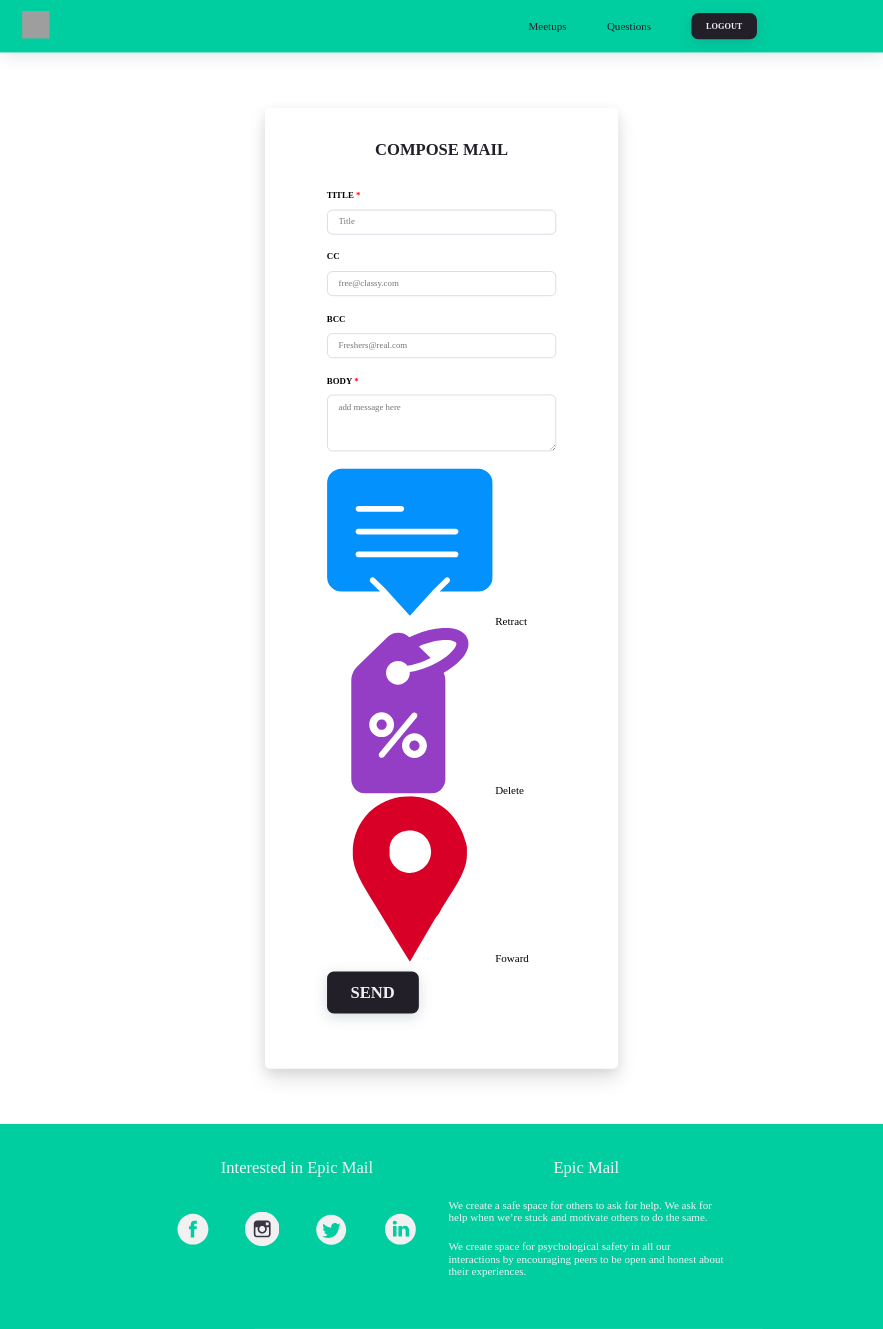
Repository: Gfreedoms/Epic-Mail
Page: pages/individual.html
The author's editor kept a copy of each file at every save. The page is drawn from the files as they stood at one save, then again after the next save.
The browser window is 1280 px wide. The pictures show the whole page, at 69% of full size.
Pictures or frames that could not be fetched are drawn as grey boxes. Some web fonts or font styles are not loaded; a fallback is used.

Above is the page before, as saved 2019-02-27 08:03:16.

### pages/individual.html
<!DOCTYPE html>
<html lang="en">

<head>
	<meta charset="UTF-8">
	<meta name="viewport" content="width=device-width, initial-scale=1.0">
	<meta http-equiv="X-UA-Compatible" content="ie=edge">
	<link rel="apple-touch-icon" sizes="180x180" href="../assets/favicon/apple-touch-icon.png">
	<link rel="icon" type="image/png" sizes="32x32" href="../assets/favicon/favicon-32x32.png">
	<link rel="icon" type="image/png" sizes="16x16" href="../assets/favicon/favicon-16x16.png">
	<link rel="manifest" href="../assets/favicon/site.webmanifest">
	<link rel="mask-icon" href="../assets/favicon/safari-pinned-tab.svg" color="#5bbad5">
	<meta name="msapplication-TileColor" content="#da532c">
	<meta name="theme-color" content="#ffffff">
	<link rel="stylesheet" href="../styles/base.css">
	<link rel="stylesheet" href="../styles/format.css">
	<title> Epic Mail- ANDELA BOOTCAMP</title>
</head>

<body>
	<!-- Navigation Section Starts -->
	<section id="navigation">
		<nav class="navbar">
			<a href="../" id="nav-brand">
				<img src="../assets/imgs/logo.svg" alt="">
			</a>
			<ul class="nav-menu">
				<li class="visibility"><a class="hover-t" href="./login.html">Login</a></li>
				<li><a class="hover-t" href="./meetup.html">Meetups</a></li>
				<li><a class="hover-t" href="./questions.html">Questions</a></li>
				<li><a class="reg-btn box-sh-dark hover-lg" href="../">Logout</a></li>
			</ul>
			<a id="menu" href="">
				<img src="../assets/imgs/menu.svg" alt="">
			</a>
		</nav>
	</section>
	<!-- Navigation Section Ends -->

	<!-- SideBar Nav -->
	<ul id="sidebar" class="navbar-side side-hidden">
		<li><a href="./meetup.html">Meetups</a></li>
		<li><a href="./questions.html">Questions</a></li>
		<li><a class="" href="../">Logout</a></li>
	</ul>
	<!-- End SideBar Nav -->
	<section class="container w-auto">
		<div id="q-wrapper" class="card mauto m4 p3">
			<form action="/" method="POST">
				<div class="container">
					<h3 class="md-text">Compose Mail</h3>
					<div class="m1 input">
						<label class="m1" for="name">Title <span class="is-danger">*</span></label>
						<input class="p1 b-rsm" type="text" name="title" placeholder="Title">
                    </div>

                    <div class="m1 input">
                            <label class="m1" for="name">Cc </label>
                            <input class="p1 b-rsm" type="text" name="title" placeholder="free@classy.com" etc.">
                    </div>

                    <div class="m1 input">
                            <label class="m1" for="name">Bcc </label>
                            <input class="p1 b-rsm" type="text" name="title" placeholder="Freshers@real.com">
                    </div>


					<div class="m1 input">
						<label class="m1" for="name"> Body <span class="is-danger">*</span></label>
						<textarea class="p1 b-rsm" name="description" placeholder="add message here" rows="4" cols="50"></textarea>
                    </div>

                    <div class="q-actions">
							<span>
								<a href="#!"><img src="../assets/imgs/icons/comment.svg" alt=""></a>
								Retract
							</span>
							<span>
								<a href="#!"><img src="../assets/imgs/icons/tag.svg" alt=""></a>
								Delete
							</span>
							<span>
								<a href="#!"><img src="../assets/imgs/icons/pointer.svg" alt=""></a>
								Foward
							</span>

						</div>

					<div class="m2 input">
						<a class="btn sm box-sh-dark" href="./groups.html">Send</a>
					</div>
				</div>
			</form>
		</div>
	</section>

	<footer class="bg-secondary">
		<div class="container">
			<div class="info-about">
				<h3 class="md-text">Interested in Epic Mail</h3>
				<div class="social-links">
					<a href="#!"><img src="../assets/imgs/icons/facebook.svg" alt=""></a>
					<a href="#!"><img src="../assets/imgs/icons/instagram.svg" alt=""></a>
					<a href="#!"><img src="../assets/imgs/icons/twitter.svg" alt=""></a>
					<a href="#!"><img src="../assets/imgs/icons/linkedin.svg" alt=""></a>
				</div>
			</div>
			<div class="additional-info">
				<h3 class="md-text">Epic Mail</h3>
				<p class="sm-text">
					We create a safe space for others to ask for help.
					We ask for help when we’re stuck and motivate others to do the same.
				</p>
				<p class="sm-text">
					We create space for psychological safety in all our interactions by encouraging peers to be open and honest about
					their experiences.
				</p>
			</div>
		</div>
	</footer>
	<script src="../scripts/index.js"></script>
</body>

</html>

### styles/base.css
@import url('./fonts.css');

* {
	margin: 0;
	padding: 0;
	box-sizing: border-box;
}

a {
	color: #221F28;
	text-decoration: none;
}

#navigation {
	z-index: 1;
	background: #00cea0;
	/* background: #F1F1F2; */
	width: 100%;
	height: auto;
	padding: 1rem 2rem;
	box-shadow: 0 0 30px rgba(7, 51, 84, .17);
	-webkit-box-shadow: 0 0 30px rgba(7, 51, 84, .17);
	-moz-box-shadow: 0 0 30px rgba(7, 51, 84, .17);
}

#nav-brand img {
    height: 40px;
    width: 40px;
}

.navbar {
	display: grid;
	grid-template-columns: 20% 40%;
	grid-gap: 30%;
	align-items: center;
}

.navbar-side {
	height: 100%;
	background: #F1F1F2;
	position: absolute;
	z-index: 9999;
	width: 350px;
	/* box-shadow: 9px -1px 29px 1px; */
	box-shadow: 13px 0px 22px -10px rgba(35, 31, 41, 0.44);
	padding: 20px;
	list-style-type: none;
}

.navbar-side li {
	padding: 20px 10px;
}

.navbar-side li:hover {
	background: #221F28;
	color: #F1F1F2;
}

.navbar-side li:hover>a {
	color: #F1F1F2;
}

.navbar-side a {
	font-family: 'Circular-Book';
}

.navbar-side a:hover {
	color: #F1F1F2;
}

.side-hidden {
	margin-left: -390px;
	transition: all 0.3s ease-out;
}

.side-active {
	margin-left: 0px;
	transition: all 0.3s ease-in;
}

.nav-menu {
	list-style-type: none;
	display: flex;
	align-items: center;
}

.nav-menu li {
	justify-content: center;
	flex: auto;
	display: flex;
}

.nav-menu a {
	text-decoration: none;
}

.reg-btn {
	background: #221F28;
	color: #F1F1F2;
	padding: 0.8rem 1.2rem;
	line-height: 9px;
	font-weight: 600;
	text-transform: uppercase;
	font-size: 12px;
	border-radius: 10px;
	-webkit-border-radius: 10px;
	-moz-border-radius: 10px;
	display: block;
	transition: all .5s ease;
	-webkit-transition: all .5s ease;
	-moz-transition: all .5s ease;
	border: 2px solid #221F28;
}

.btn {
	background: #221F28;
	color: #F1F1F2;
	padding: 1.5rem 1rem;
	line-height: 9px;
	font-weight: 600;
	text-transform: uppercase;
	font-size: 1.5rem;
	border-radius: 10px;
	-webkit-border-radius: 10px;
	-moz-border-radius: 10px;
	display: block;
	transition: all .5s ease;
	-webkit-transition: all .5s ease;
	-moz-transition: all .5s ease;
	border: 2px solid #221F28;
	text-align: center;
}

.cta-btn {
	background: #F1F1F2;
	color: #221F28;
	font-family: 'Circular-Bold';
	margin: 2rem 0;
	padding: 0.8rem 1.2rem;
	line-height: 2rem;
	font-size: 2rem;
	font-weight: 600;
	text-transform: uppercase;
	font-size: 1rem;
	border-radius: 10px;
	-webkit-border-radius: 10px;
	-moz-border-radius: 10px;
	transition: all .5s ease;
	-webkit-transition: all .5s ease;
	-moz-transition: all .5s ease;
	border: 2px solid #F1F1F2;
}

.btn.sm {
	width: 40%
}

.box-sh-dark {
	-webkit-box-shadow: 0 5px 20px rgba(51, 73, 90, .2);
	box-shadow: 0 5px 20px rgba(51, 73, 90, .2);
}

#section-hero {
	padding-top: 130px;
	padding-bottom: 130px;
	background-color: #393541;
	background-image: url("data:[embedded picture, 478 characters]");
	background-attachment: fixed;
	background-size: cover;
	background-repeat: no-repeat;
	background-position: 50%;
	min-height: 600px;
	position: relative;
	width: 100%;
	display: flex;
	align-items: CENTER;
}

/* @media screen and (max-width:1680px) {} */

@media screen and (min-width: 1680px) {
	.rsvp span {
		padding: 1rem 1.4rem !important;
		color: white !important;
		border-radius: 6px !important;
		cursor: pointer !important;
	}

	.nav-menu a.hover-t {
		font-size: 1.7rem !important;
	}

	.meetups span {
		font-size: 1.4rem !important;
	}

	.m1 {
		margin-top: 3rem !important;
		margin-bottom: 0.6rem !important;
	}

	#section-hero {
		background-position: 50%;
	}

	.nav-menu a.hover-t {
		font-size: 1.3rem;
	}

	.nav-menu a {
		text-decoration: none;
		font-size: 1.1rem;
	}

	.reg-btn {
		padding: 1.5rem 1.6rem 1.5rem;
	}

	.bg-text {
		font-size: 4rem !important;
	}

	.md-text {
		font-size: 2.2rem !important;
		margin-bottom: 1rem !important;
	}

	.sm-text {
		font-size: 1.5rem !important;
	}
}

.container {
	width: 75%;
	margin: 0 auto;
}

.w-sm {
	width: 80% !important;
}

.w-md {
	width: 60% !important;
}

.w-lg {
	width: 40% !important;
}

.hero-text {
	height: 100%;
}

.bg-text,
.md-text,
.sm-text {
	color: #F1F1F2;
}

.bg-text {
	margin-bottom: 1.5rem;
	font-family: 'Circular-Bold';
	font-weight: 700;
	font-size: 3rem;
}

.md-text {
	margin-bottom: 2rem;
	font-family: 'Circular-Book';
	font-weight: 400;
	font-size: 1.5rem;
}

.sm-text {
	margin-bottom: 1.5rem;
	font-family: 'Circular-Light';
	font-weight: 400;
	font-size: 1rem;
}

.info-section,
.info-platform,
.info-expl {
	padding: 3rem 0;
	min-height: 50%;
}

.info-section,
.info-expl {
	background: #F1F1F2;
}

.info-platform {
	background: #C5CFD9;
}

.info-section .container,
.info-platform .container,
.info-expl .container {
	display: grid;
	grid-template-columns: 1fr 1fr;
	/* padding: 50px; */
}

.side {
	margin-top: 2rem;
	margin-bottom: 2rem;
	position: relative;
}

.info-section p,
.info-section h3,
.info-platform p,
.info-platform h3,
.info-expl p,
.info-expl h3 {
	color: #221F28;
}

.bg-primary {
	background: #221F28;
}

.bg-secondary {
	background: #00cea0;
}

.info-desc {
	flex: 1;
	align-items: center;
	display: flex;
	flex-direction: column;
	justify-content: center;
}

.info-action {
	text-align: center;
}

.card {
	border-radius: .45rem;
	background: #ffffff;
	box-shadow: 0 15px 30px 0 rgba(0, 0, 0, .11), 0 5px 15px 0 rgba(0, 0, 0, .08);
}

.card-lg {
	border-radius: .25rem;
	background: #ffffff;
	box-shadow: 0 15px 30px 0 rgba(0, 0, 0, .11), 0 5px 15px 0 rgba(0, 0, 0, .08);
}

.mauto {
	margin-left: auto;
	margin-right: auto;
}

.m4 {
	margin-top: 5rem;
	margin-bottom: 5rem;
}

.m3 {
	margin-top: 3rem;
	margin-bottom: 3rem;
}

.m2 {
	margin-top: 2rem;
	margin-bottom: 2rem;
}

.m1 {
	margin-top: 0.6rem;
	margin-bottom: 0.6rem;
}

.p4 {
	padding-top: 5rem;
	padding-bottom: 5rem;
}

.p3 {
	padding-top: 3rem;
	padding-bottom: 3rem;
}

.p2 {
	padding-top: 2rem;
	padding-bottom: 2rem;
}

.p1 {
	padding-top: 0.6rem;
	padding-bottom: 0.6rem;
}

.t-al {
	text-align: center !important;
}

form label {
	font-weight: 600;
	text-transform: uppercase;
	font-size: 0.8rem;
	font-family: 'Circular-Book';
}

form .reg-btn {
	text-align: center;
}

#login-form {
	width: 350px;
}

#login-form h3,
#q-wrapper h3 {
	color: #221F28;
	text-transform: uppercase;
	font-weight: 800;
	text-align: center;
	/* border-bottom: 4px solid #221F28; */
}

.input {
	display: grid;
	grid-template-columns: 1fr;
	margin-top: 10px;
}

.input input {
	padding-left: 1rem;
	padding-right: 1rem;
	font-family: 'Circular-Light';
	font-size: 0.8rem;
	border: 1px solid #C5CFD9;
	background: #ffffff;
}

.input textarea {
	padding-left: 1rem;
	padding-right: 1rem;
	font-family: 'Circular-Light';
	font-size: 0.8rem;
	border: 1px solid #C5CFD9;
	background: #ffffff;
}

.input select {
	border: 1px solid #C5CFD9;
	padding: 0.4rem 0.5rem;
	height: 2rem;
}

.b-rsm {
	border-radius: 8px;
}

#menu {
	display: none;
}

#menu img {
	height: 30px;
}

img {
	height: 15rem;
	width: auto;
}

footer {
	padding: 50px 10px;
}

footer .container {
	display: grid;
	grid-template-columns: 1fr 1fr;
	/* margin-bottom: 50px; */
	grid-gap: 20px;
}

footer h3 {
	/* padding-bottom: 1rem; */
	/* border-bottom: 4px solid #F1F1F2; */
	text-align: center;
}

.social-links {
	display: grid;
	grid-template-columns: 1fr 1fr 1fr 1fr;
	margin-top: 50px;
}

.social-links img {
	height: 50px;
}

.social-links a {
	text-align: center;
}

.info-about h3 {
	margin-bottom: 0 !important;
}

.b-danger {
	background: #F01D43 !important;
}

.b-mild {
	background: #80808094 !important;
	color: #ffffff !important;
}

.b-success {
	background: #00cea0 !important;
}

.b-wicked {
	background: #ff003b !important;
}

/*
.b-wicked {
	background: #6a1b9a !important;
} */

.header {
	display: grid;
	grid-template-columns: 1fr 1fr;
	align-items: center;
}

.hover-t:hover {
	color: purple;
}

.hover-lg:hover {
	cursor: pointer;
	transform: scale(1.009, 1.009);
	-webkit-box-shadow: 2px 2px 20px 0px rgba(128, 128, 128, 0.74);
	-moz-box-shadow: 2px 2px 20px 0px rgba(128, 128, 128, 0.74);
	box-shadow: 2px 2px 20px 0px rgba(128, 128, 128, 0.74);
	transition: all 0.8s cubic-bezier(0.165, 0.84, 0.44, 1);
}

.visibility {
	visibility: hidden;
}

/* MEDIA QUERIES */
@media all and (max-width: 850px) {
	.navbar {
		grid-template-columns: 20% 60%;
		grid-gap: 20%;
	}
}

@media all and (max-width: 850px) {
	.nav-menu {
		display: none;
	}

	#menu {
		display: block;
		text-align: right;
	}
}

@media all and (max-width: 1050px) {
	.navbar {
		grid-template-columns: 20% 60%;
		grid-gap: 20%;
	}
}

@media all and (max-width: 350px) {
	img {
		height: 12rem;
		width: auto;
	}

	.social-links img {
		height: 40px;
	}
}

@media all and (max-width: 670px) {
	.social-links {
		margin-top: 25px;
	}

	.info-about {
		margin-bottom: 25px;
	}

	.nav-menu {
		flex-wrap: wrap;
	}

	.nav-menu>li {
		flex-basis: 50%;
	}

	.info-section .container,
	.info-platform .container,
	.info-expl .container {
		grid-template-columns: 1fr;
	}

	footer .container {
		grid-template-columns: 1fr;
		grid-gap: 10px;
	}
}

@media all and (max-width: 400px) {
	.nav-menu>li {
		flex-basis: 100%;
	}

	.intro a {
		width: 100% !important;
	}

	.btn {
		background: #221F28;
		color: #F1F1F2;
		padding: 0.8rem 1rem;
		line-height: 9px;
		font-weight: 600;
		text-transform: uppercase;
		font-size: 1rem;
		border-radius: 10px;
	}
}

@media all and (min-width: 576px) {
	.hide-lg {
		display: none !important;
	}
}

@media all and (max-width: 576px) {
	.hide-sm {
		display: none !important;
	}
}

@media all and (max-width: 450px) {
	.container {
		width: 80%;
	}

	#login-form {
		width: auto;
	}
}

@media all and (max-width: 400px) {
	.hero-text {
		top: 40%;
		width: 70%;
		left: 10%;
	}

	.md-text {
		font-family: 'Circular-Book';
		margin-bottom: 1rem;
		font-weight: 100;
		font-size: 1.2rem;
	}

	form label {
		font-family: 'Circular-Light';
	}

	.f-bold {
		font-family: 'Circular-Book' !important;
	}

	.bg-text {
		margin-bottom: 1.3rem;
		font-family: 'Circular-Book';
		font-weight: 400;
		font-size: 2rem;
	}

	.cta-btn {
		font-size: 0.7rem;
		padding: 0.4rem 1rem;
	}
}

@media (min-width: 576px) {
	.w-auto {
		width: 75% !important;
	}

	.container {
		width: 85%;
	}
}

@media (min-width: 768px) {
	.w-auto {
		width: 40% !important;
	}

	.container {
		width: 85%;
	}
}

@media (min-width: 992px) {
	.w-auto {
		width: 35% !important;
	}

	.container {
		width: 70%;
	}
}

@media (min-width: 1200px) {
	.w-auto {
		width: 40% !important;
	}

	.container {
		width: 65%;
	}
}

/* END MEDIA QUERIES */

### styles/format.css
.is-danger {
	color: red;
}

.divider {
	height: 0.2rem;
	background: #221F28;
	opacity: 0.1;
	margin: 1rem auto;
	width: 100%;
}

table {
	width: 750px;
	border-collapse: collapse;
	margin: 50px auto;
}

/* Zebra striping */
tr:nth-of-type(odd) {
	background: #eee;
}

th {
	background: #221F28;
	color: white;
	font-weight: bold;
}

td,
th {
	padding: 10px;
	border: 1px solid #ccc;
	text-align: left;
	font-size: 18px;
}

@media only screen and (max-width: 760px),
(min-device-width: 768px) and (max-device-width: 1024px) {

	table {
		width: 100%;
	}

	/* Force table to not be like tables anymore */
	table,
	thead,
	tbody,
	th,
	td,
	tr {
		display: block;
	}

	thead tr {
		position: absolute;
		top: -9999px;
		left: -9999px;
	}

	tr {
		border: 1px solid #ccc;
	}

	td {
		border: none;
		border-bottom: 1px solid #eee;
		position: relative;
		padding-left: 50%;
	}

	td:before {
		position: absolute;
		/* Top/left values mimic padding */
		top: 6px;
		left: 6px;
		width: 45%;
		padding-right: 10px;
		white-space: nowrap;
		/* Label the data */
		content: attr(data-column);

		color: #000;
		font-weight: bold;
	}

	tbody tr {
		padding: 1rem;
	}
}

.m1 {
	margin-top: 0.8rem !important;
	margin-bottom: 0.8rem !important;
}

.pagination {
	text-align: center;
	margin: 2rem auto;
}

.pagination span {
	padding: 10px;
	border-radius: 2px;
	font-family: 'Circular-Book';
	font-weight: 600;
	font-size: 1rem;
	margin: 0 5px;
}

@media screen and (min-width: 1680px) {
	.reg-btn {
		padding: 1.5rem 1.6rem 1.5rem;
		font-size: 1rem;
	}

	.input {
		margin-top: 2rem;
	}

	.nav-menu a.hover-t {
		font-size: 1.4rem !important;
	}
}

### scripts/index.js
(function () {
  function togggleSidebar(e) {
    e.preventDefault();
    const sideBar = document.getElementById('sidebar');
    sideBar.classList.toggle('side-active');
    sideBar.classList.toggle('side-hidden');
  }
  const menu = document.getElementById('menu');
  menu.addEventListener('click', togggleSidebar, false);
}());

### styles/fonts.css
@font-face {
	font-family: "Circular-Light";
	src:
		url("../assets/fonts/Circular-Light.woff") format("woff");
}
@font-face {
	font-family: "Circular-Book";
	src:
		url("../assets/fonts/Circular-Book.woff") format("woff");
}
@font-face {
	font-family: "Circular-Bold";
	src:
		url("../assets/fonts/Circular-Bold.woff") format("woff");
}

* {
	font-family: 'Circular-Light';
}

After the next save:
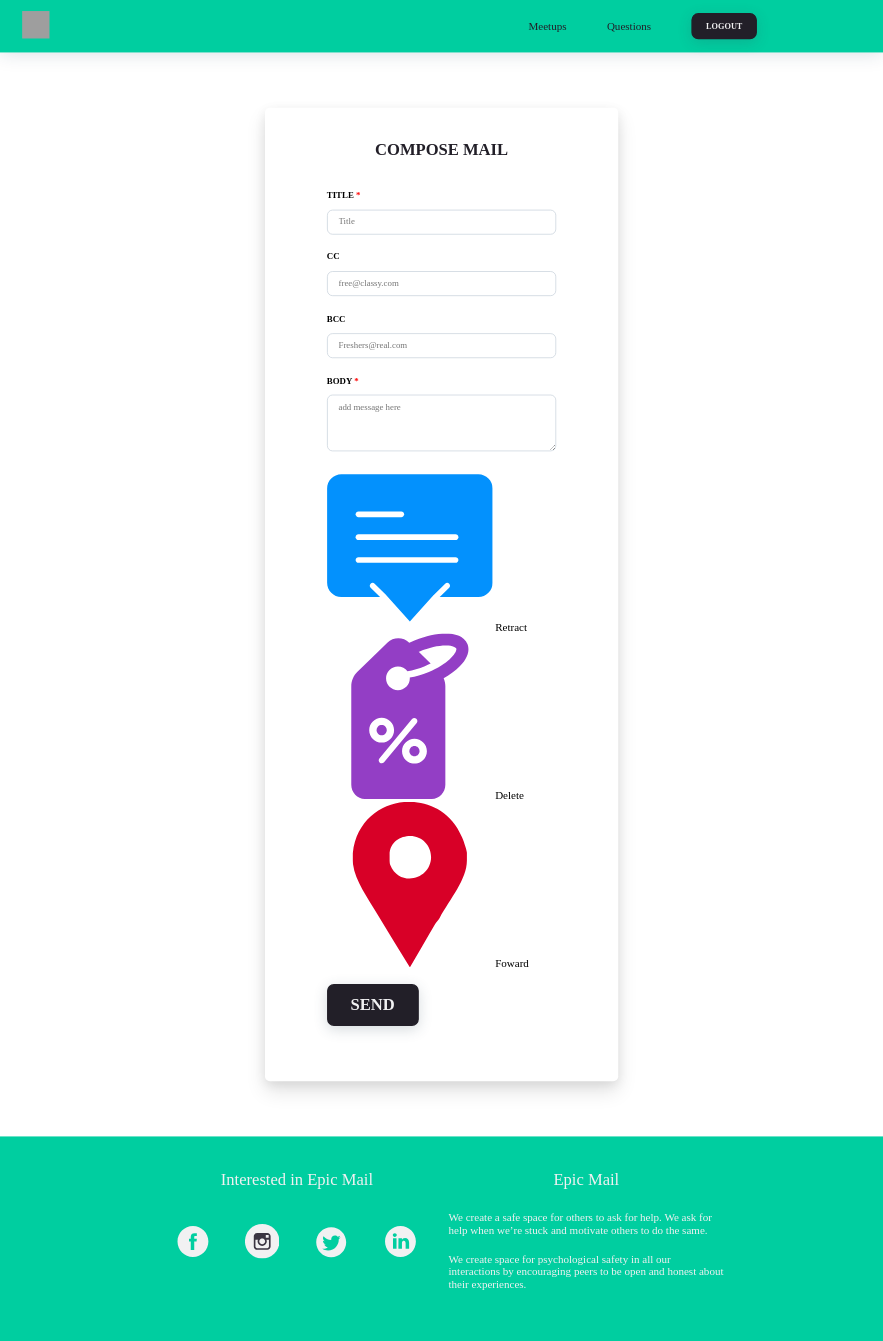
Saved 93 s later.
--- a/styles/base.css
+++ b/styles/base.css
@@ -9,6 +9,12 @@
 a {
 	color: #221F28;
 	text-decoration: none;
+}
+
+.q-actions {
+    display: block;
+    margin: 20px 0;
+    height: auto;
 }
 
 #navigation {
